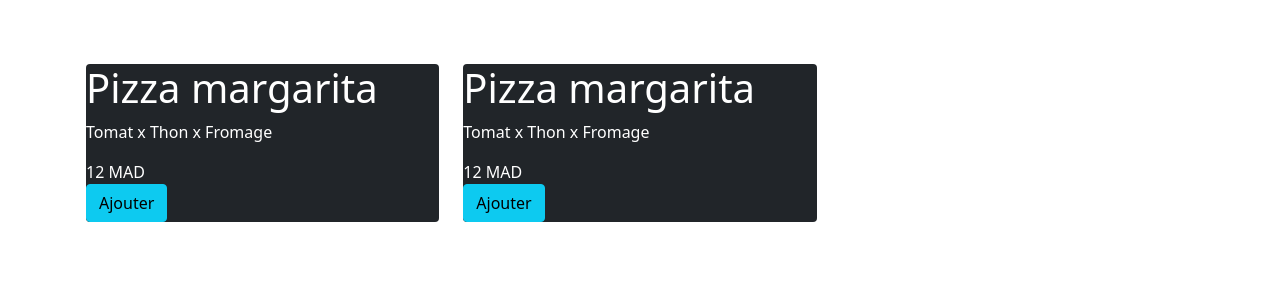
Repository: FS-23/my-restaurant
Page: /
The author's editor kept a copy of each file at every save. The page is drawn from the files as they stood at one save, then again after the next save.
The browser window is 1280 px wide. The pictures show the whole page.
The project was rebuilt for these pictures with package versions that can differ from the ones it lists, and the page was loaded fresh each time.

Above is the page before, as saved 2022-04-29 13:47:58.

After the next save:
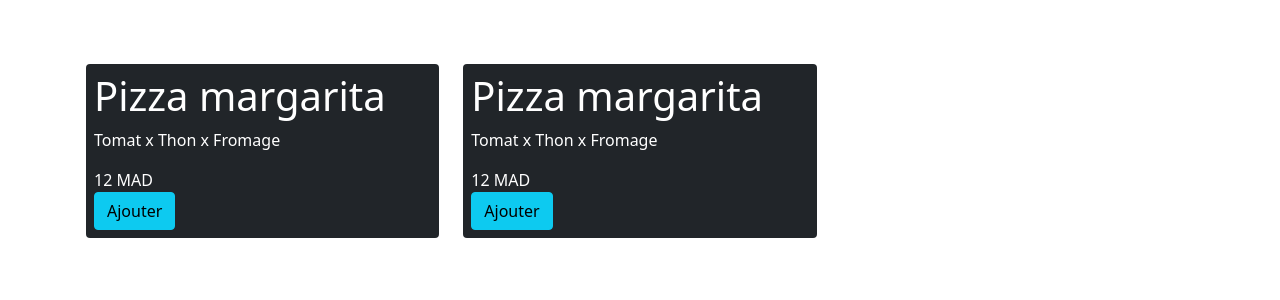
Saved 13 s later.
--- a/src/components/Plat.js
+++ b/src/components/Plat.js
@@ -2,7 +2,7 @@
 function Plat (props){
     return(
         <div className=" col-1 col-sm-2 col-lg-4" >
-            <div className="bg-dark rounded">
+            <div className="bg-dark p-2 rounded">
                 <h1>{props.name} </h1>
                 <p> {props.ingredient}</p>
                 <div>
